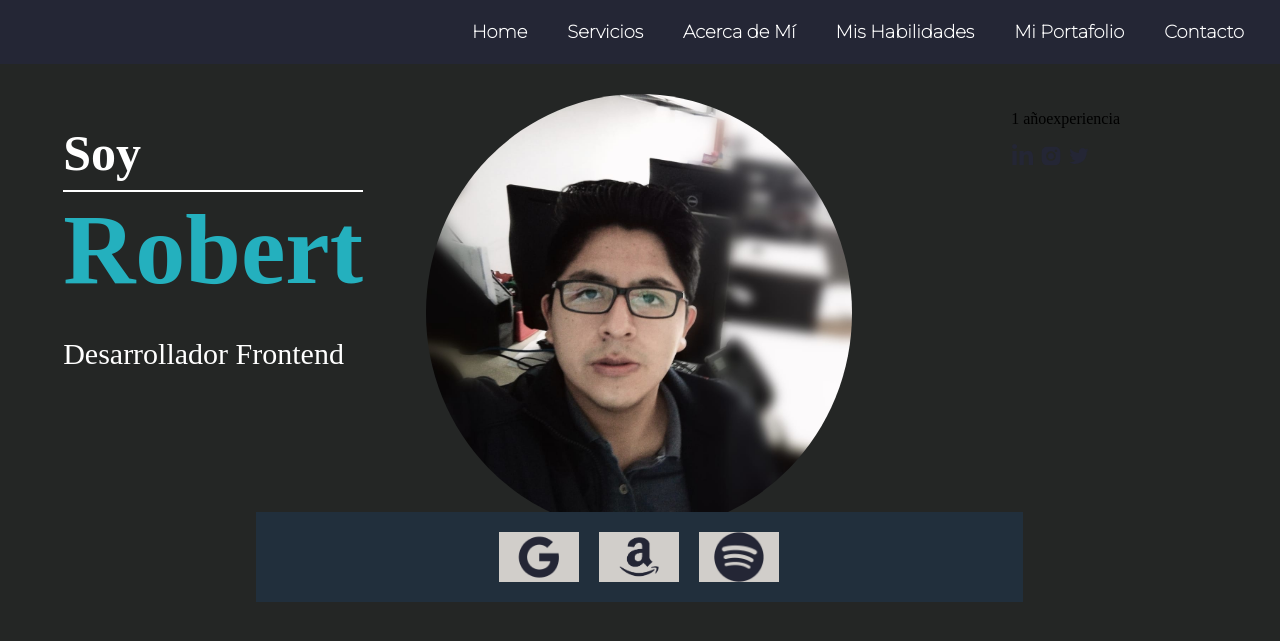
Repository: RobertAries28/PortafolioRobertEscalanteGomez2022
Page: index.html
An editor plug-in stored every save of this project. The page is shown before and after the next save, followed by the edit.
The browser window is 1280 px wide. The pictures show the whole page.

Above is the page before, as saved 2022-02-15 11:50:07.

### index.html
<!DOCTYPE html>
<html lang="en">
<head>
    <meta charset="UTF-8">
    <meta http-equiv="X-UA-Compatible" content="IE=edge">
    <meta name="viewport" content="width=device-width, initial-scale=1.0">
    <link rel="preconnect" href="https://fonts.googleapis.com">
<link rel="preconnect" href="https://fonts.gstatic.com" crossorigin>
<link href="https://fonts.googleapis.com/css2?family=Montserrat:wght@100&display=swap" rel="stylesheet">
    <link rel="stylesheet" href="estilos.css">
    <title>Document</title>
</head>
<body>
    <header class="main-header">
        <div class="l-container">

        <div class="main-menu-toggle" id="main-menu-toggle"></div>
             <nav class="main-nav" id="main-nav">
                 <ul class="main-menu">
                       <li class="main-menu__item">
                           <a class="main-menu__link" href="#">
                              Home
                           </a>
                       </li>

                       <li class="main-menu__item">
                         <a class="main-menu__link" href="#">
                           Servicios
                         </a>
                       </li>

                       <li class="main-menu__item">
                        <a class="main-menu__link" href="#">
                          Acerca de Mí
                        </a>
                       </li>


                     <li class="main-menu__item">
                         <a class="main-menu__link" href="#">
                           Mis Habilidades
                         </a>
                     </li>

                     <li class="main-menu__item">
                        <a class="main-menu__link" href="#">
                         Mi Portafolio
                        </a>
                    </li>

                    <li class="main-menu__item">
                        <a class="main-menu__link" href="#">
                         Contacto
                        </a>
                    </li>


                 </ul>
             </nav>


        </div>
     </header>
     <section>
        <div class="section-nombre">
              <h2>Soy</h2><hr color="white"/>
              <h1>Robert</h1>
              <p class="parrafo">Desarrollador Frontend</p>
        </div>

        <div class="section-imagen">
              <img src="imagenes/fotoPerfil.jpeg" alt="">
        </div>

        <div class="section-experiencia">
               <p><span>1 año</span>experiencia</p>
               <div>
                 <img src="imagenes/linkedin.svg" alt="">
                 <img src="imagenes/instagram.svg" alt="">
                 <img src="imagenes/twitter.svg" alt="">
               </div>
        </div>

        <div class="section-iconos">
          <div>
             <img src="imagenes/gmail.png" alt="">
             <img src="imagenes/amazon.png" alt="">
             <img src="imagenes/spotify.png" alt="">
            </div>
        </div>
    </section>
    <script src="javascript.js"></script>
</body>
</html>

### estilos.css
body{
    margin: 0;
    background: #242625;
}

.main-header{
    height: 4rem;
    background: #242635;
    position:sticky;

	top:0;

}
.l-container{
    max-width: 100%;
    padding-left: 1rem;
    padding-right: 1rem;
    display: flex;
    justify-content: space-between;
    align-items: center;

    height: 100%;
    color: white;

}
.main-menu{
    margin-top: 0;
    margin-bottom: 0;
    padding-left: 0;
    list-style: none;
    display: flex;
}

.main-menu li{
    padding: 0 20px;
}

a{
  text-decoration: none;
  color: white;
  font-family: 'Montserrat', sans-serif;
  font-size: 18px;
  font-weight: bold;
}


/*section*/

section{
    display: grid;
    grid-template-columns: repeat(3,33.3%);
    grid-template-rows: repeat(3,auto);
    justify-items: center;
    padding-top: 30px;

}

.section-nombre h1{
    font-size: 100px;
    margin: 0;
    color: #24B0BE;
}

.section-nombre h2{
    font-size: 50px;
    margin: 0;
    margin-top: 30px;
    color: white;
}

.section-nombre .parrafo{
    color: white;
    font-size: 30px;
}
.section-nombre hr{
    margin-bottom: 0;

}

.section-imagen img{
    width: 100%;
    height: 100%;
    border-radius: 50%;


}

.section-iconos{
   grid-column: 1 / span 3;
 justify-self: center;
   background: #212F3C;
  width:60%;
  position: relative;
 top: -20px;
}

.section-iconos div{
    display: flex;
  justify-content: center;
}

.section-iconos img{
  height: 50px;
  background: #D1CECA;
  padding: 0 15px;
  margin: 20px 10px;
}




@media screen and ( max-width: 768px){



.main-menu__item{
    padding: .5rem 0 .5rem 1rem
}

.main-menu__link{
    color: white;
    margin-left: 1rem;
}



.main-nav{
    position: fixed;
    height: calc(100vh - 4rem);
    width: 200px;
    background: black;
    top: 4rem;
    right: -200px;




}

.main-menu{
    flex-direction: column;
}

.main-menu li{
    padding: 10px 0;
}



.show{
right: 0px;
transition-duration: 1s;
transition-timing-function:ease-in-out

}

 :not(.show){
     transition-duration: 1s;
  transition-timing-function: ease-in
 }


.main-menu-toggle{
    width: 2.4rem;
    margin-left: calc(100% - 38.4px);
    height: 1.6rem;
    background: linear-gradient(black 20%, transparent 20%, transparent 40%, black 40%, black 60%, transparent 60%, transparent 80%, black 80%);
    cursor: pointer;

}
}

### javascript.js
 const showMenu = (toggleId, navId) =>{
               const toggle = document.getElementById(toggleId),
               nav = document.getElementById(navId)

               if(toggle && nav){
                   toggle.addEventListener('mouseover' , ()=>{
                       nav.classList.toggle('show')
                   })



               }

               if(toggle && nav){
                   toggle.addEventListener('mouseout' , ()=>{
                       nav.classList.toggle('show')
                   })



               }



           }
           showMenu('main-menu-toggle','main-nav')

After the next save:
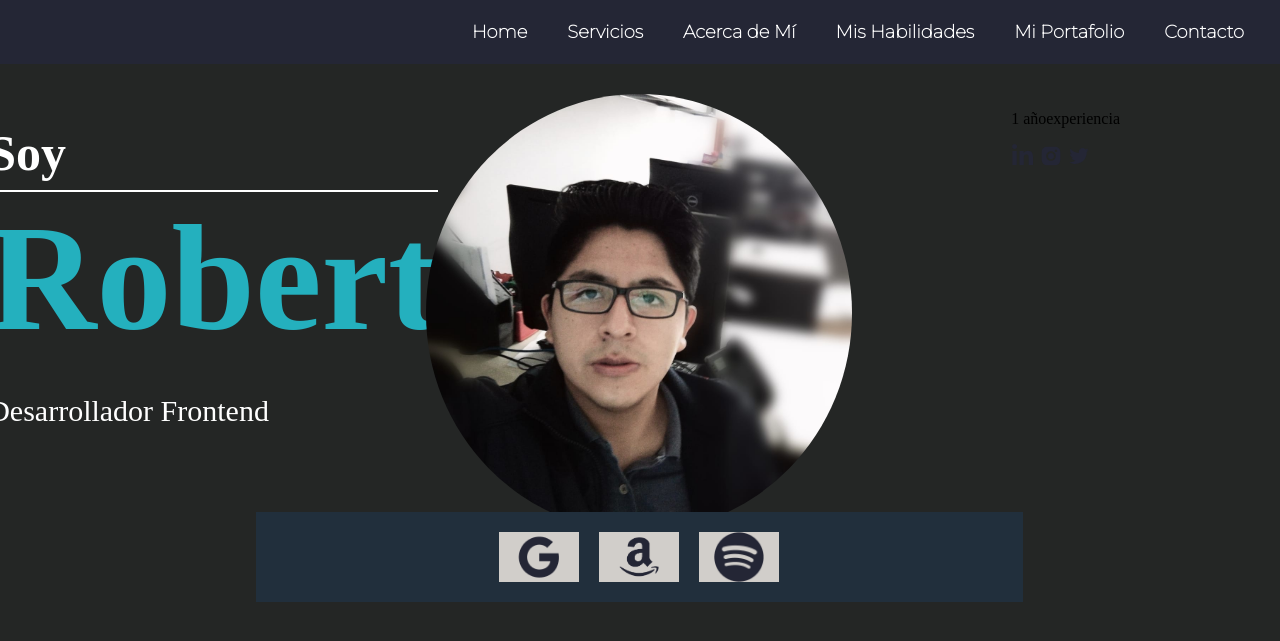
Saved 5 min 44 s later.
--- a/estilos.css
+++ b/estilos.css
@@ -56,7 +56,7 @@
 }
 
 .section-nombre h1{
-    font-size: 100px;
+    font-size: 150px;
     margin: 0;
     color: #24B0BE;
 }
